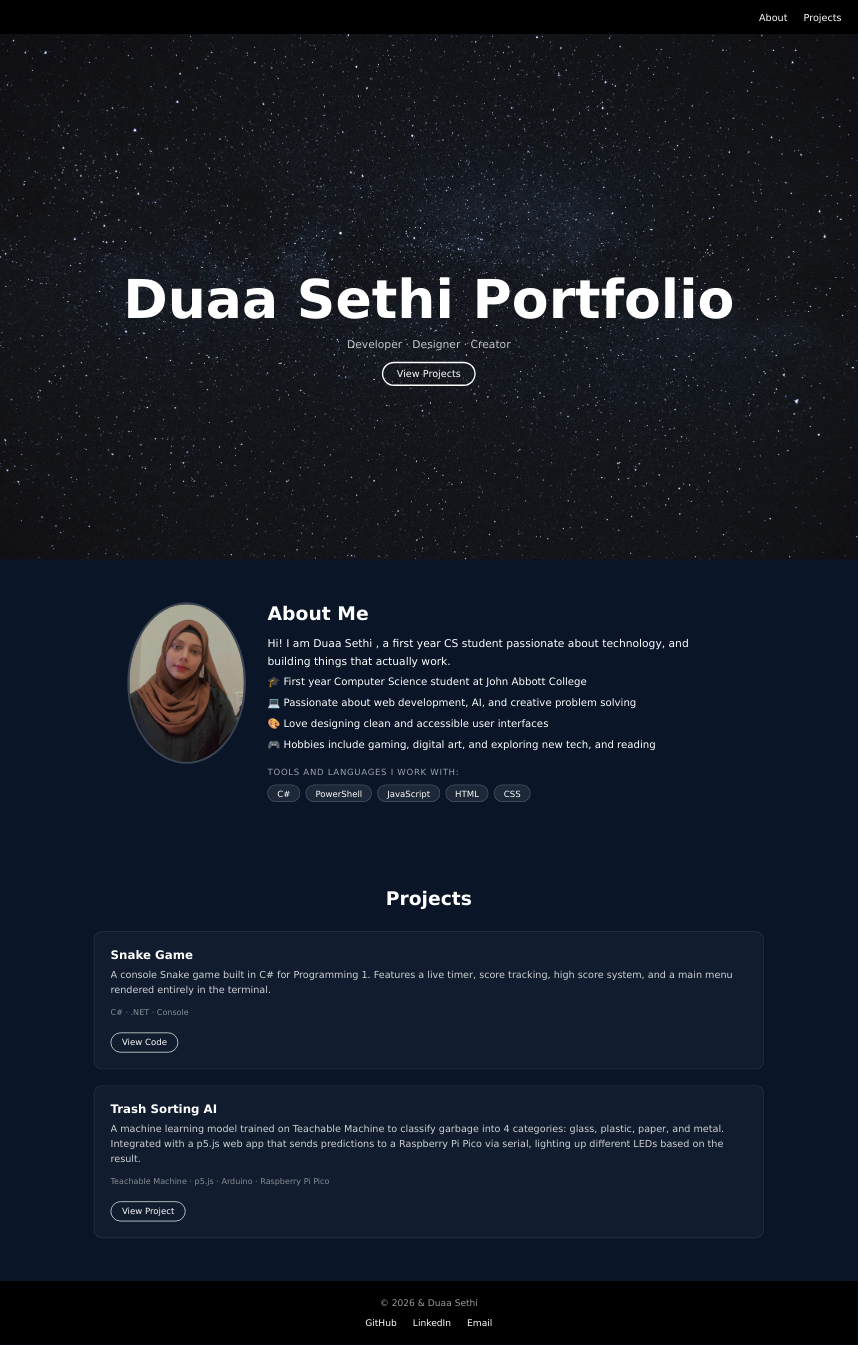
Repository: Duaa-Sethi/Duaa-Sethi
Page: index.html
These files come from the project's save history. The page is drawn as it stood at one moment and after the next save; the edit follows.
The browser window is 1280 px wide. The pictures show the whole page, at 67% of full size.
Some web fonts or font styles are not loaded; a fallback is used.

Above is the page before, as saved 2026-05-06 12:43:17.

### index.html
<!doctype html>
<html lang="en">
  <head>
    <meta charset="UTF-8" />
    <meta name="viewport" content="width=device-width, initial-scale=1.0" />
    <title>Dua Portfolio</title>
    <link rel="stylesheet" href="./styles/index.css" />
    <link rel="stylesheet" href="./styles/globals.css" />
  </head>
  <body>
    <!-- NAV -->
    <nav>
      <ul>
        <li><a href="#about">About</a></li>
        <li><a href="#projects">Projects</a></li>
      </ul>
    </nav>

    <!-- HERO -->
    <section class="hero">
      <article>
        <h1>Duaa Sethi Portfolio</h1>
        <p>Developer · Designer · Creator</p>
        <a href="#projects">View Projects</a>
      </article>
    </section>

    <!-- ABOUT -->
    <section class="about" id="about">
      <img src="./assets/images/Dua Sethi.jpeg" alt="Photo of Duaa Sethi" />
      <div class="about-text">
        <h2>About Me</h2>
        <p class="about-intro">
          Hi! I am Duaa Sethi , a first year CS student passionate about
          technology, and building things that actually work.
        </p>

        <ul class="about-list">
          <li>🎓 First year Computer Science student at John Abbott College</li>
          <li>
            💻 Passionate about web development, AI, and creative problem
            solving
          </li>
          <li>🎨 Love designing clean and accessible user interfaces</li>
          <li>
            🎮 Hobbies include gaming, digital art, and exploring new tech, and
            reading
          </li>
        </ul>

        <p class="tools-label">Tools and languages I work with:</p>
        <ul class="tools-list">
          <li>C#</li>
          <li>PowerShell</li>
          <li>JavaScript</li>
          <li>HTML</li>
          <li>CSS</li>
        </ul>
      </div>
    </section>

    <!-- PROJECTS -->
    <section class="projects" id="projects">
      <h2>Projects</h2>
      <div class="cards">
        <article class="card">
          <h3>Snake Game</h3>
          <p>
            A console Snake game built in C# for Programming 1. Features a live
            timer, score tracking, high score system, and a main menu rendered
            entirely in the terminal.
          </p>
          <p class="tech">C# · .NET · Console</p>
          <a
            href="https://github.com/Duaa-Sethi/Programming1-project-Dua-Sethi"
            target="_blank"
            >View Code</a
          >
        </article>
        <article class="card">
          <h3>Trash Sorting AI</h3>
          <p>
            A machine learning model trained on Teachable Machine to classify
            garbage into 4 categories: glass, plastic, paper, and metal.
            Integrated with a p5.js web app that sends predictions to a
            Raspberry Pi Pico via serial, lighting up different LEDs based on
            the result.
          </p>
          <p class="tech">
            Teachable Machine · p5.js · Arduino · Raspberry Pi Pico
          </p>
          <a
            href="https://editor.p5js.org/duairfansethi/full/mdRLpCkG2"
            target="_blank"
            >View Project</a
          >
        </article>
      </div>
    </section>

    <footer>
      <p>© 2026 & Duaa Sethi</p>
      <ul class="footer-links">
        <li><a href="https://github.com/Duaa-Sethi">GitHub</a></li>
        <li>
          <a
            href="https://www.linkedin.com/in/dua-irfan-sethi-32944838b/"
            target="_blank"
            >LinkedIn</a
          >
        </li>
        <li>
          <a href="mailto:duairfansethi@gmail.com">Email</a>
        </li>
      </ul>
    </footer>
  </body>
</html>

### styles/index.css
body {
  background-color: #0a1628;
}

/* NAV */
nav {
  position: sticky;
  top: 0;
  background-color: black;
  padding: 0 1.5rem;
}

nav ul {
  display: flex;
  justify-content: flex-end;
  gap: 1.5rem;
  padding: 1rem 0;
}

nav ul li a {
  font-size: 0.9rem;
}

.hero {
  display: flex;
  align-items: center;
  justify-content: center;
  text-align: center;
  min-height: 100vh;
  padding: 2rem 1.5rem;

  /* dont memorize, copy paste background defs */
  background-image: url(../assets/images/kai-pilger-Ef6iL87-vOA-unsplash.jpg); /* my pictures miss alt */
  background-size: cover;
  background-position: center;
  background-repeat: no-repeat;
}

.hero h1 {
  font-size: 2rem;
  margin-bottom: 0.75rem;
}

.hero p {
  font-size: 1rem;
  opacity: 0.75;
  margin: 0 0 1.5rem 0;
}

.hero a {
  border: 2px solid white;
  padding: 0.5rem 1.25rem;
  border-radius: 20px;
  font-size: 0.9rem;
}

.hero a:hover {
  background-color: white;
  color: #0a1628;
  text-decoration: none;
}

/* ABOUT */
.about {
  display: flex;
  align-items: flex-start;
  gap: 1.5rem;
  padding: 3rem 1.5rem;
  text-align: center;
}

.about img {
  max-width: 25%;

  border-radius: 50%;
  overflow: hidden;
  display: inline-block;
  vertical-align: middle;
  border: 3px solid rgba(255, 255, 255, 0.2);
}

.about h2 {
  font-size: 1.75rem;
  margin-bottom: 1rem;
}

.about p {
  margin: 0 0 0.5rem 0;
  line-height: 1.6;
}
.about-intro {
  display: none;
}

.about-list {
  display: flex;
  flex-direction: column;
  gap: 0.5rem;
  text-align: left;
  margin-bottom: 1.25rem;
}

.about-list li {
  font-size: 0.95rem;
  line-height: 1.5;
}

.tools-label {
  font-size: 0.8rem;
  opacity: 0.6;
  text-transform: uppercase;
  letter-spacing: 0.08em;
  text-align: left;
  margin-bottom: 0.5rem;
}

.tools-list {
  display: flex;
  flex-wrap: wrap;
  gap: 0.5rem;
  text-align: left;
}

.tools-list li {
  background-color: rgba(255, 255, 255, 0.08);
  border: 1px solid rgba(255, 255, 255, 0.2);
  border-radius: 20px;
  padding: 0.3rem 0.85rem;
  font-size: 0.8rem;
}
/* PROJECTS */
.projects {
  padding: 4rem 1.5rem;
  text-align: center;
}
.projects h2 {
  font-size: 1.75rem;
  margin-bottom: 2rem;
}

.cards {
  display: flex;
  flex-direction: column;
  gap: 1.5rem;
}
.card {
  background-color: #111c2e;
  border: 1px solid rgba(255, 255, 255, 0.1);
  border-radius: 12px;
  padding: 1.5rem;
  text-align: left;
}

.card:hover {
  border-color: rgba(255, 255, 255, 0.4);
}

.card h3 {
  font-size: 1.1rem;
  margin-bottom: 0.5rem;
}

.card p {
  font-size: 0.9rem;
  line-height: 1.6;
  opacity: 0.8;
  margin: 0 0 0.5rem 0;
}

.card .tech {
  font-size: 0.75rem;
  opacity: 0.5;
  margin: 0.75rem 0;
}

.card a {
  display: inline-block;
  border: 1px solid white;
  padding: 0.4rem 1rem;
  border-radius: 20px;
  font-size: 0.8rem;
  margin-top: 0.5rem;
}

.card a:hover {
  background-color: white;
  color: #0a1628;
  text-decoration: none;
}

/* FOOTER */

footer {
  text-align: center;
  padding: 1.5rem;
  background-color: black;
}
footer p {
  font-size: 0.85rem;
  opacity: 0.6;
  margin: 0 0 0.75rem 0;
}

.footer-links {
  display: flex;
  justify-content: center;
  gap: 1.5rem;
}

.footer-links a {
  font-size: 0.85rem;
}
/* Small screen like mobile */
@media only screen and (min-width: 600px) {
  .hero h1 {
    font-size: 4rem;
  }
  .about-intro {
    display: block;
  }

  .about {
    flex-direction: row;
    align-items: flex-start;
    text-align: left;
    max-width: 800px;
    margin: 0 auto;
    padding: 4rem 1.5rem;
    gap: 2rem;
  }
  .about img {
    width: 25%;
    max-width: 200px;
  }
  .cards {
    flex-direction: row;
    flex-wrap: wrap;
    justify-content: center;
  }
}
/* desktop /laptop devices 992 px and > */
@media only screen and (min-width: 992px) {
  .hero h1 {
    font-size: 5rem;
  }
  .projects {
    max-width: 1000px;
    margin: 0 auto;
  }

  .about {
    max-width: 900px;
  }
}

### styles/globals.css
/* FONT DEFS */
@font-face {
  font-family: "main font";
  src: url(../assets/fonts/NewsCycle-Regular.ttf);
}

/* CROSS PAGE STYLES */
body {
  font-family: "main font", Verdana, sans-serif;
  color: white;
  margin: 0;
}

h1 {
  font-weight: bold;
  font-size: 1.5rem; /* too small for desktop*/
}

a {
  text-decoration: none;
  color: white;
}
h2,
h3 {
  margin: 0;
}
a:hover {
  text-decoration: underline;
}
ul {
  list-style: none;
  padding: 0;
  margin: 0;
}

After the next save:
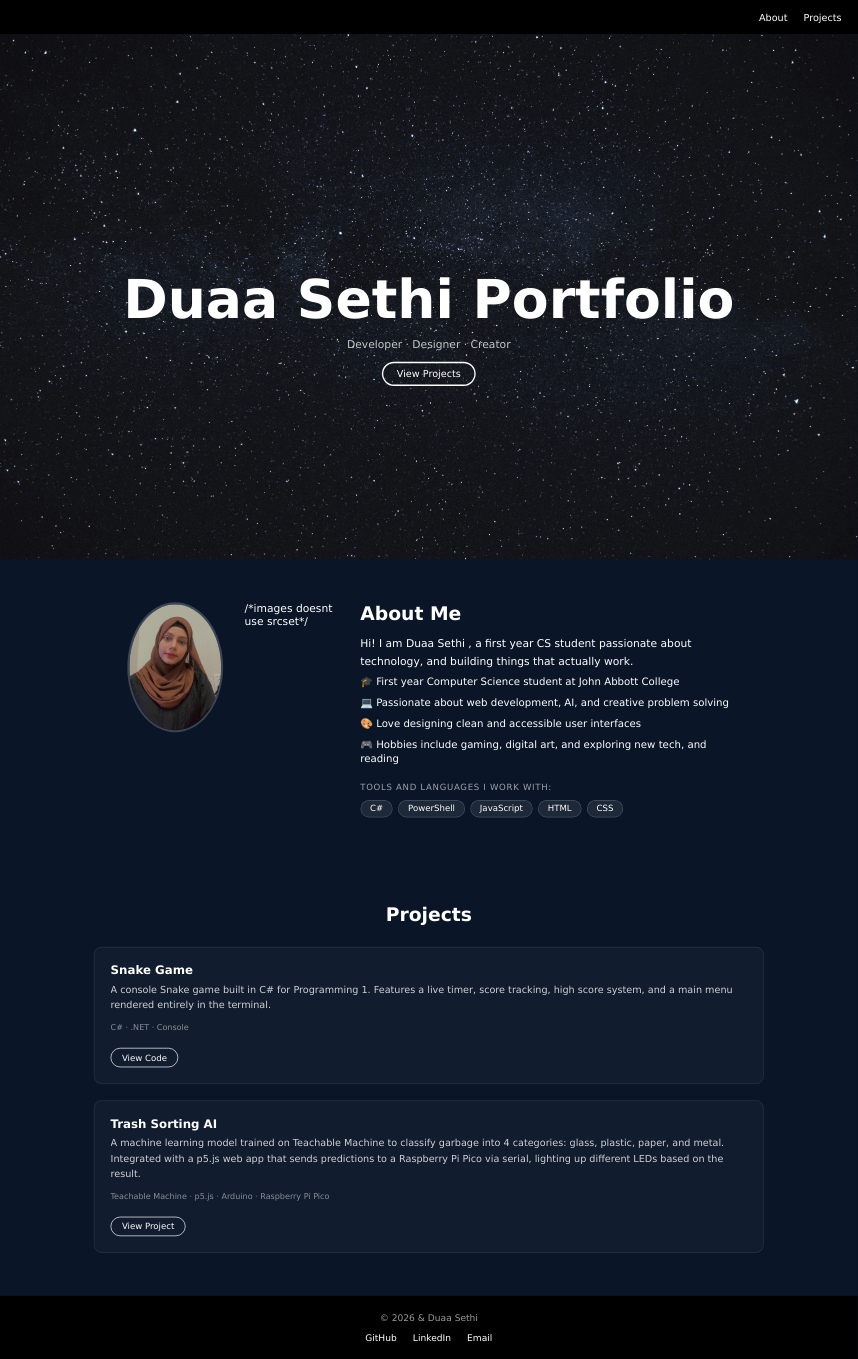
Saved 5 min 4 s later.
--- a/index.html
+++ b/index.html
@@ -27,7 +27,7 @@
 
     <!-- ABOUT -->
     <section class="about" id="about">
-      <img src="./assets/images/Dua Sethi.jpeg" alt="Photo of Duaa Sethi" />
+      <img src="./assets/images/Dua Sethi.jpeg" alt="Photo of Duaa Sethi" /> /*images doesnt use srcset*/
       <div class="about-text">
         <h2>About Me</h2>
         <p class="about-intro">
